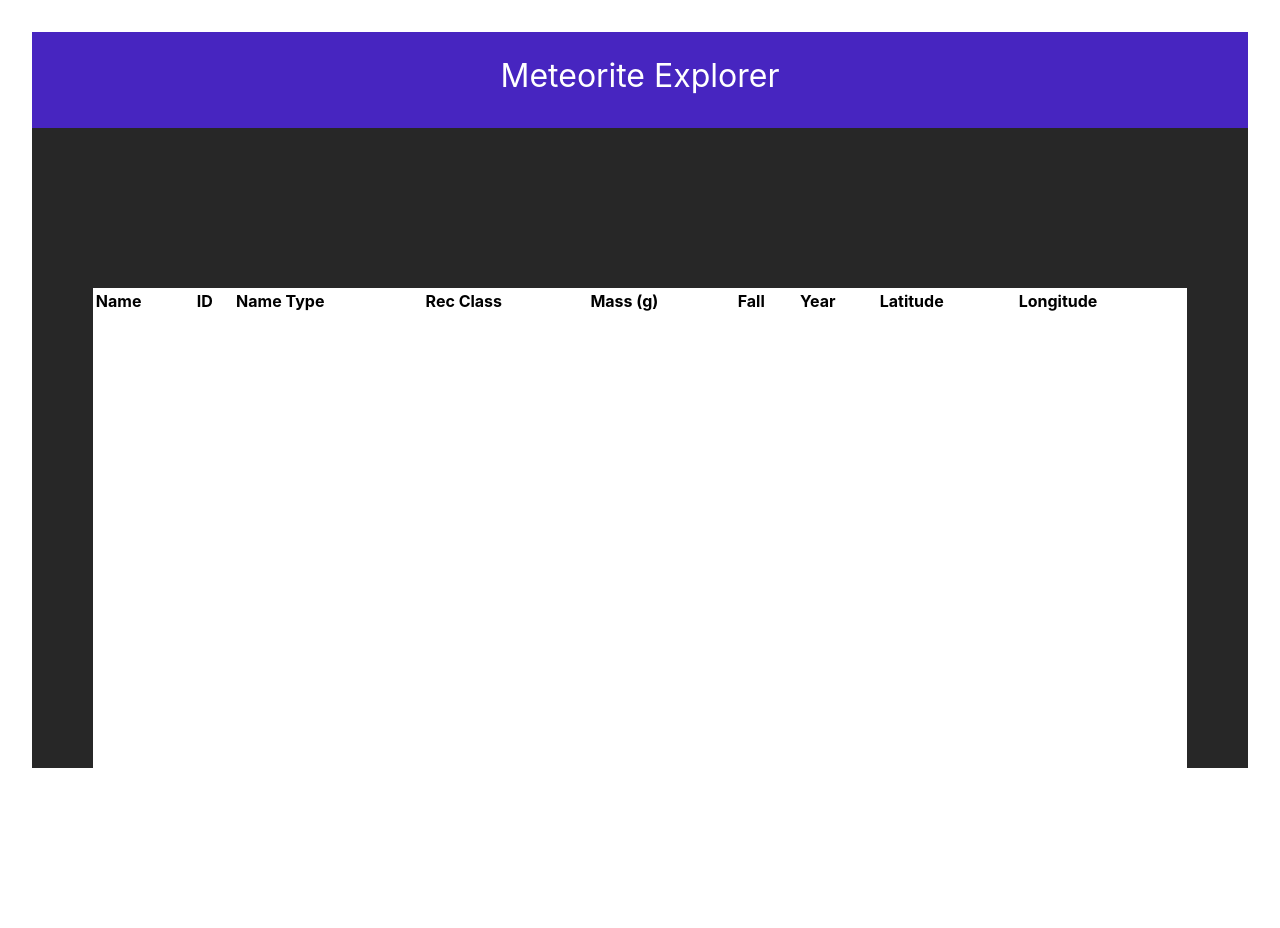
Repository: Tsardines/meteorite-explorer
Page: / (app in meteorite-explorer/)
The author's editor kept a copy of each file at every save. The page is drawn from the files as they stood at one save, then again after the next save.
The browser window is 1280 px wide. The pictures show the whole page.
The page's requests for data from a server got no answer. The project was rebuilt for these pictures with package versions that can differ from the ones it lists, and the page was loaded fresh each time. No one was signed in, and anything a server would have sent is missing.

Above is the page before, as saved 2019-05-27 16:58:34.

After the next save:
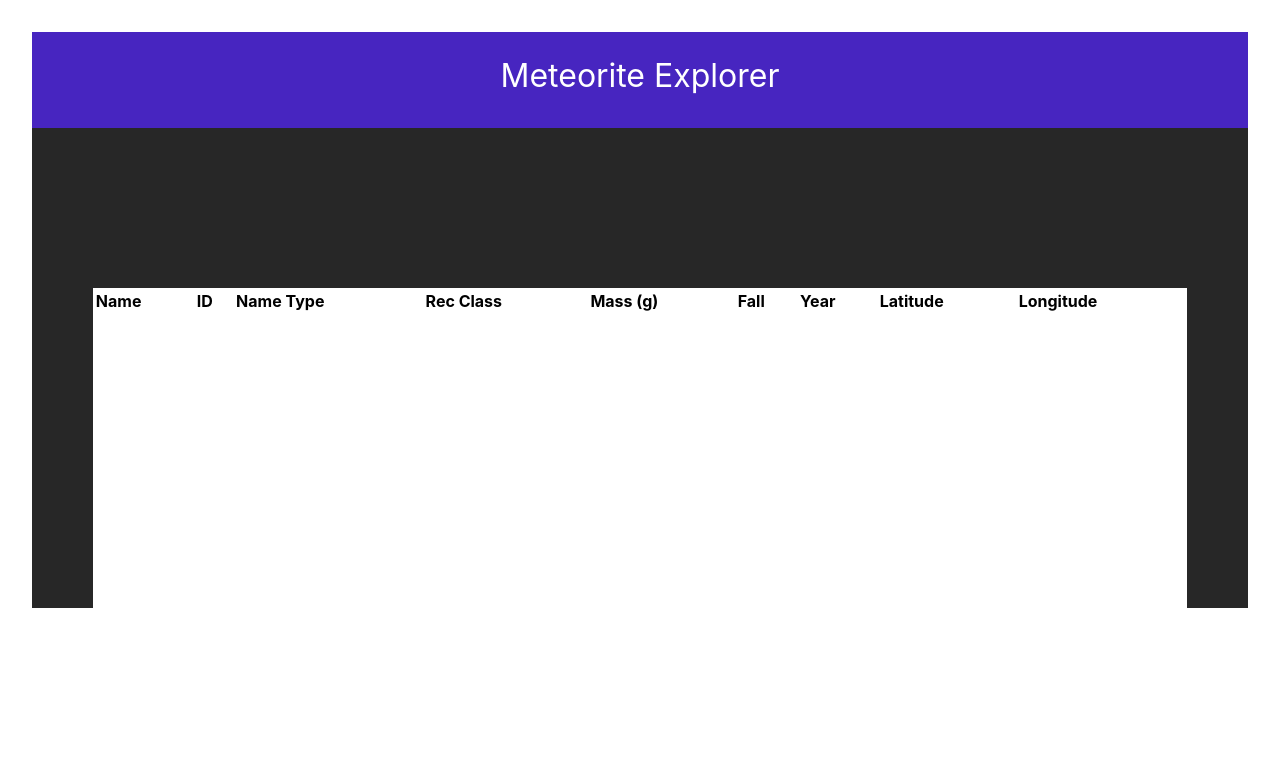
Saved 5 s later.
--- a/meteorite-explorer/src/App.css
+++ b/meteorite-explorer/src/App.css
@@ -17,7 +17,7 @@ body {
 
 .my-table {
   background-color: white;
-  height: 30rem;
+  height: 20rem;
   margin: 10rem auto;
   overflow-y: scroll;
   width: 90%;
